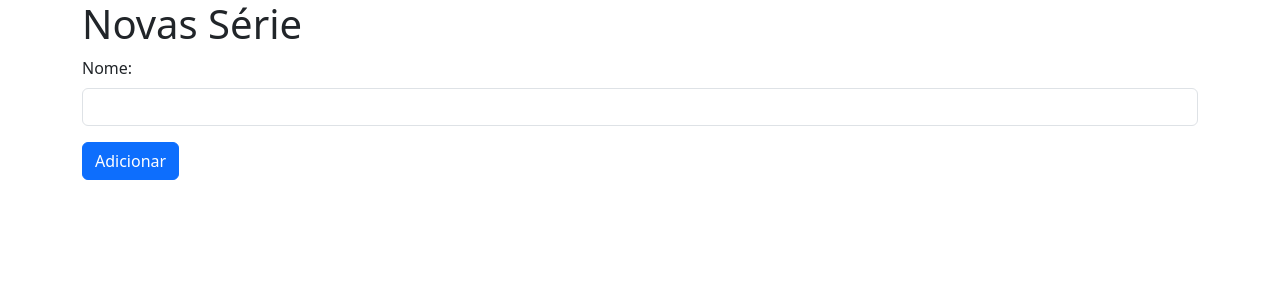
Repository: joaoDelaGracia/laravelTeste
Page: http://localhost/series/criar
An editor plug-in stored every save of this project. The page is shown before and after the next save, followed by the edit.
The browser window is 1280 px wide. The pictures show the whole page.
The page is served by the project's Laravel application, run on PHP 8.4 with Laravel 12. Style sheets and scripts are compiled from the project's sources, by tool versions that may differ from the author's.

Above is the page before, as saved 2025-05-26 13:25:00.

After the next save:
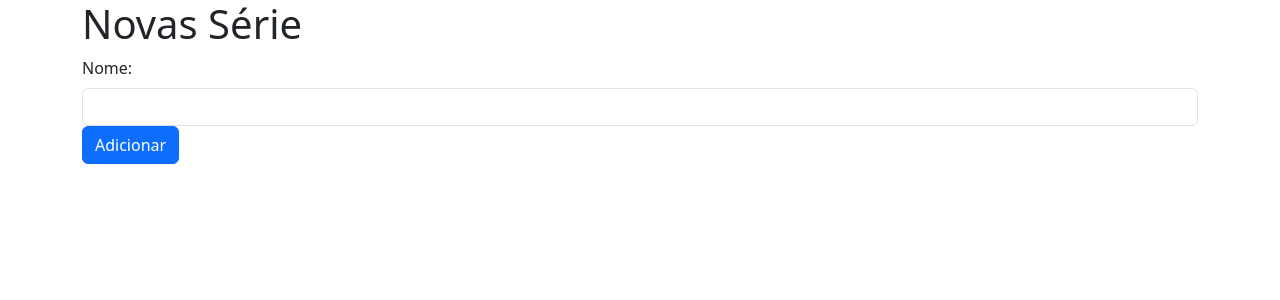
Saved 16 s later.
--- a/resources/views/series/create.blade.php
+++ b/resources/views/series/create.blade.php
@@ -3,6 +3,6 @@
         @csrf
         <label class="form-label" for="nome">Nome:</label>
         <input class="form-control" type="text" id="nome" name="nome">
+        <button class="btn btn-primary">Adicionar</button>
     </form>
-    <button class="btn btn-primary">Adicionar</button>
 </x-layout>
